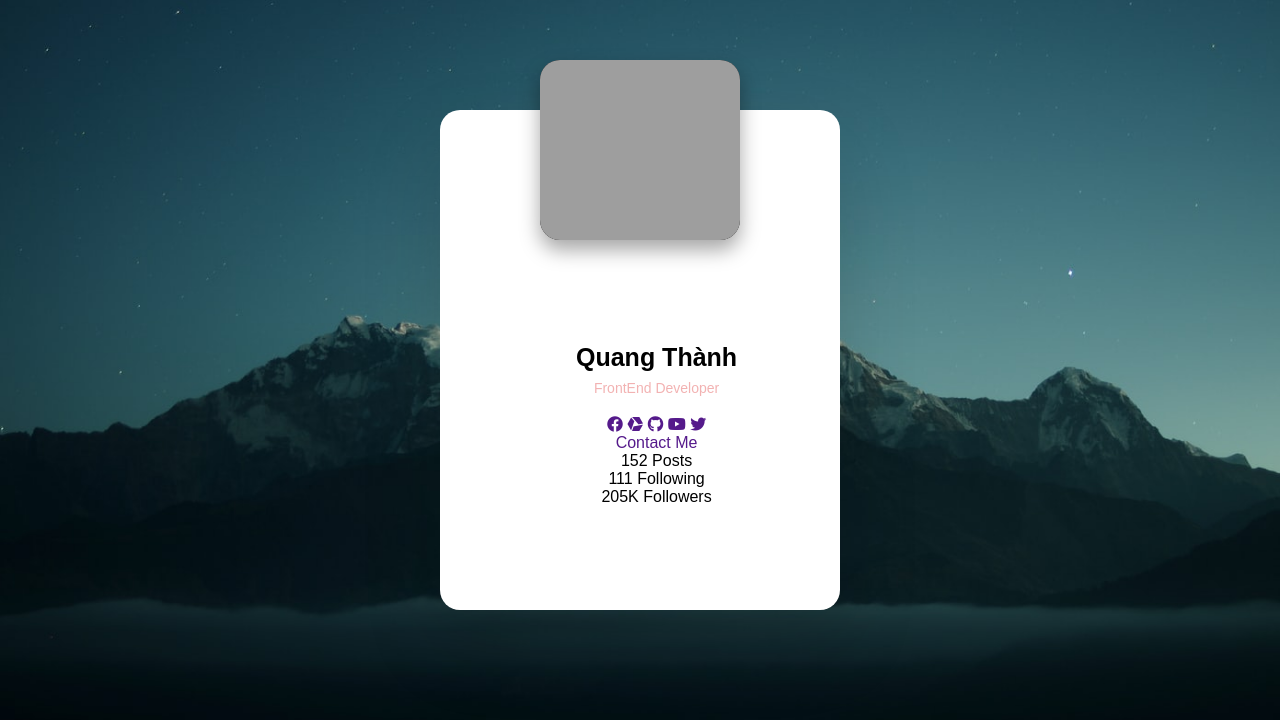
Repository: QuangThanh152/Profile-me
Page: index.html
The author's editor kept a copy of each file at every save. The page is drawn from the files as they stood at one save, then again after the next save.
The browser window is 1280 px wide. The pictures show the whole page.
Pictures or frames that could not be fetched are drawn as grey boxes.

Above is the page before, as saved 2022-10-07 15:18:51.

After the next save:
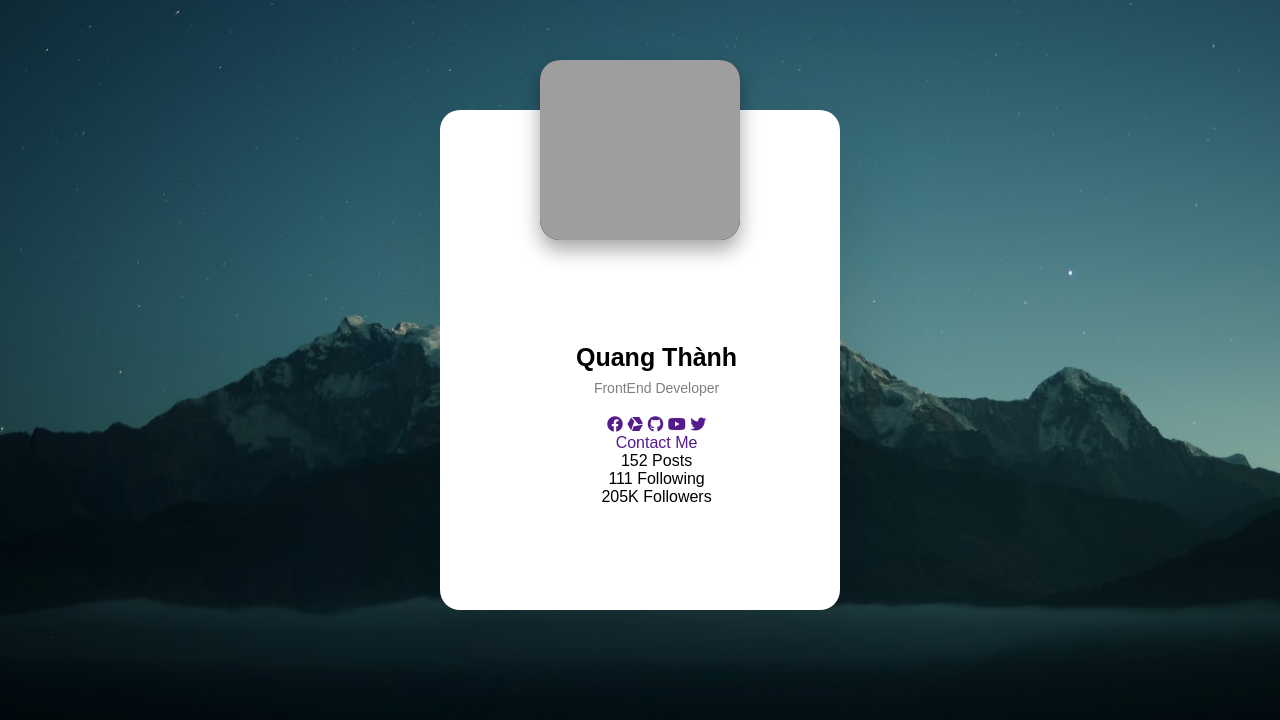
Saved 10 s later.
--- a/accets/main.css
+++ b/accets/main.css
@@ -71,5 +71,5 @@ body {
     font-size: 14px;
     opacity: .5;
     padding: 0 0 20px 0;
-    color: #e66767;
+    /* color: #e66767; */
 }
